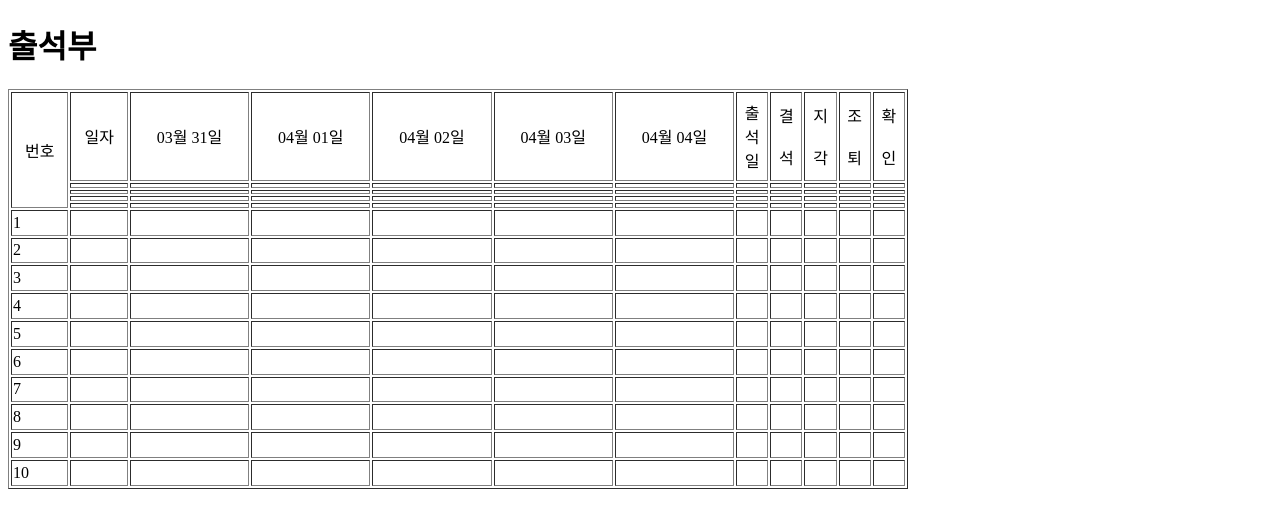
Repository: sungken/htmlProject
Page: ClientTest/src/main/webapp/html/test/table2.html
These files come from the project's save history. The page is drawn as it stood at one moment and after the next save; the edit follows.
The browser window is 1280 px wide. The pictures show the whole page.

Above is the page before, as saved 2024-03-13 08:53:08.

### ClientTest/src/main/webapp/html/test/table2.html
<!DOCTYPE html>
<html>
<head>
<meta charset="UTF-8">
<title>Insert title here</title>
</head>
<body>
<h1>출석부</h1>
<table  border="1" width="900" height="400">
	<tr align="center">
		<td rowspan="5">번호</td>
		<td>일자</td>
		<td>03월 31일</td>
		<td>04월 01일</td>
		<td>04월 02일</td>
		<td>04월 03일</td>
		<td>04월 04일</td>
		<td>출<br>석<br>일</td>
		<td>결<br><br>석</td>
		<td>지<br><br>각</td>
		<td>조<br><br>퇴</td>
		<td>확<br><br>인</td>

	</tr>
	<tr>

		<td></td>
		<td></td>
		<td></td>
		<td></td>
		<td></td>
		<td></td>
		<td></td>
		<td></td>
		<td></td>
		<td></td>
		<td></td>

	</tr>
		<tr>

		<td></td>
		<td></td>
		<td></td>
		<td></td>
		<td></td>
		<td></td>
		<td></td>
		<td></td>
		<td></td>
		<td></td>
		<td></td>

	</tr>
		<tr>

		<td></td>
		<td></td>
		<td></td>
		<td></td>
		<td></td>
		<td></td>
		<td></td>
		<td></td>
		<td></td>
		<td></td>
		<td></td>

	</tr>
		<tr>

		<td></td>
		<td></td>
		<td></td>
		<td></td>
		<td></td>
		<td></td>
		<td></td>
		<td></td>
		<td></td>
		<td></td>
		<td></td>

	</tr>
		<tr>

		<td>1</td>
		<td></td>
		<td></td>
		<td></td>
		<td></td>
		<td></td>
		<td></td>
		<td></td>
		<td></td>
		<td></td>
		<td></td>
		<td></td>

	</tr>
		<tr>

		<td>2</td>
		<td></td>
		<td></td>
		<td></td>
		<td></td>
		<td></td>
		<td></td>
		<td></td>
		<td></td>
		<td></td>
		<td></td>
		<td></td>

	</tr>
		<tr>

		<td>3</td>
		<td></td>
		<td></td>
		<td></td>
		<td></td>
		<td></td>
		<td></td>
		<td></td>
		<td></td>
		<td></td>
		<td></td>
		<td></td>

	</tr>
		<tr>

		<td>4</td>
		<td></td>
		<td></td>
		<td></td>
		<td></td>
		<td></td>
		<td></td>
		<td></td>
		<td></td>
		<td></td>
		<td></td>
		<td></td>

	</tr>
		<tr>

		<td>5</td>
		<td></td>
		<td></td>
		<td></td>
		<td></td>
		<td></td>
		<td></td>
		<td></td>
		<td></td>
		<td></td>
		<td></td>
		<td></td>

	</tr>
		<tr>

		<td>6</td>
		<td></td>
		<td></td>
		<td></td>
		<td></td>
		<td></td>
		<td></td>
		<td></td>
		<td></td>
		<td></td>
		<td></td>
		<td></td>

	</tr>
		<tr>

		<td>7</td>
		<td></td>
		<td></td>
		<td></td>
		<td></td>
		<td></td>
		<td></td>
		<td></td>
		<td></td>
		<td></td>
		<td></td>
		<td></td>

	</tr>
		<tr>

		<td>8</td>
		<td></td>
		<td></td>
		<td></td>
		<td></td>
		<td></td>
		<td></td>
		<td></td>
		<td></td>
		<td></td>
		<td></td>
		<td></td>

	</tr>
		<tr>

		<td>9</td>
		<td></td>
		<td></td>
		<td></td>
		<td></td>
		<td></td>
		<td></td>
		<td></td>
		<td></td>
		<td></td>
		<td></td>
		<td></td>

	</tr>
		<tr>

		<td>10</td>
		<td></td>
		<td></td>
		<td></td>
		<td></td>
		<td></td>
		<td></td>
		<td></td>
		<td></td>
		<td></td>
		<td></td>
		<td></td>

	</tr>


</table>



</body>
</html>

After the next save:
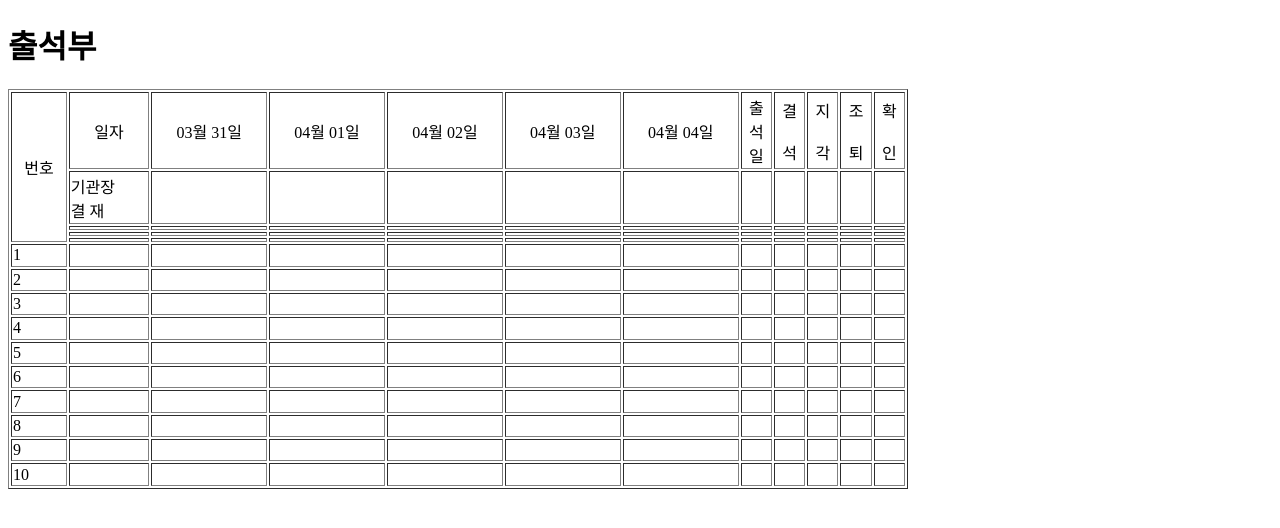
Saved 33 s later.
--- a/ClientTest/src/main/webapp/html/test/table2.html
+++ b/ClientTest/src/main/webapp/html/test/table2.html
@@ -24,7 +24,7 @@
 	</tr>
 	<tr>
 
-		<td></td>
+		<td>기관장<br>결 재</td>
 		<td></td>
 		<td></td>
 		<td></td>
